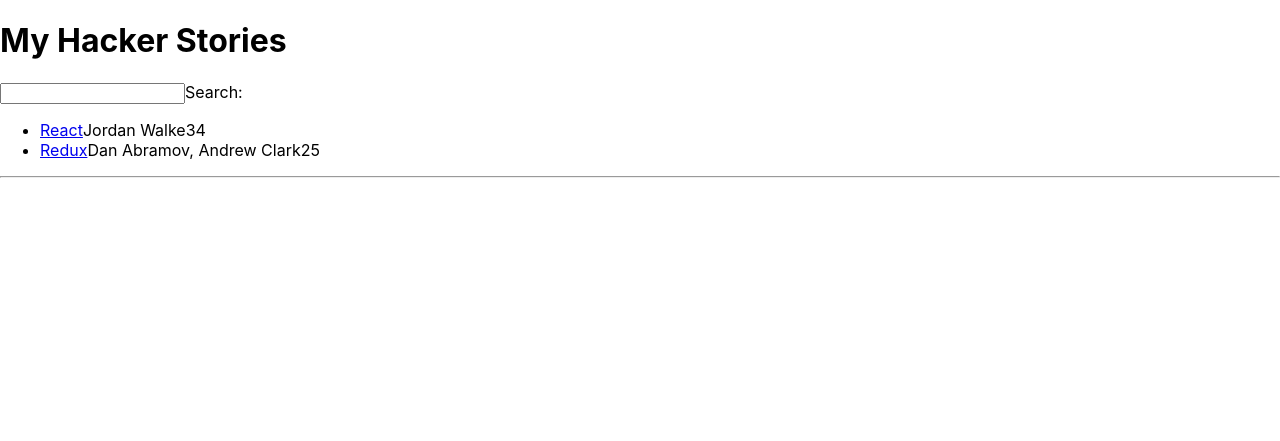
Repository: m-ahmadshaikh/FullStackProjects
Page: / (app in 03-react/hacker-stories/)
These files come from the project's save history. The page is drawn as it stood at one moment and after the next save; the edit follows.
The browser window is 1280 px wide. The pictures show the whole page.
The project was rebuilt for these pictures with package versions that can differ from the ones it lists, and the page was loaded fresh each time. Also part of the build but not shown: 03-react/hacker-stories/src/App.css.

Above is the page before, as saved 2022-08-24 09:55:56.

After the next save:
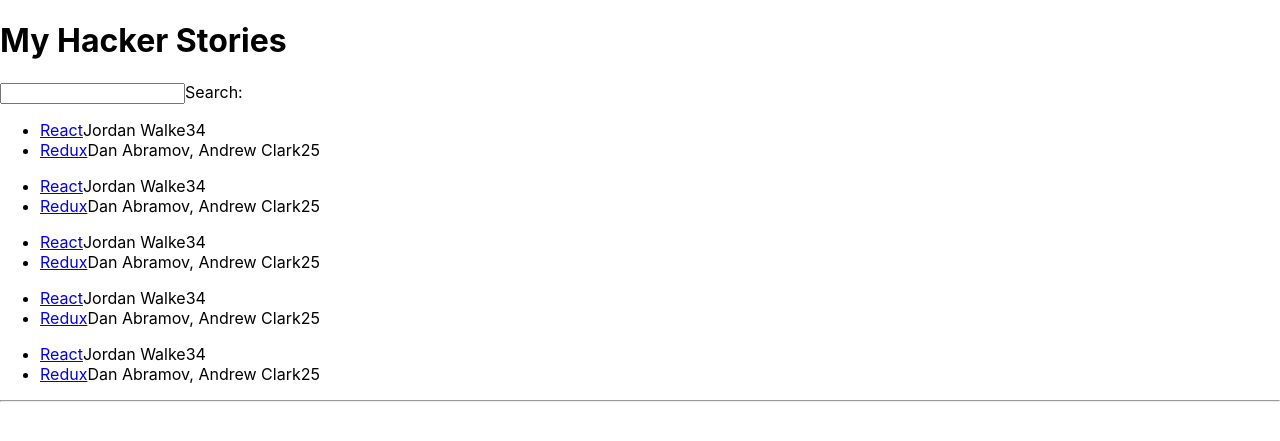
Saved 20 s later.
--- a/03-react/hacker-stories/src/App.jsx
+++ b/03-react/hacker-stories/src/App.jsx
@@ -56,6 +56,11 @@
 
       <List />
 
+      <List />
+      <List />
+      <List />
+      <List />
+
       <hr />
     </div>
   );
